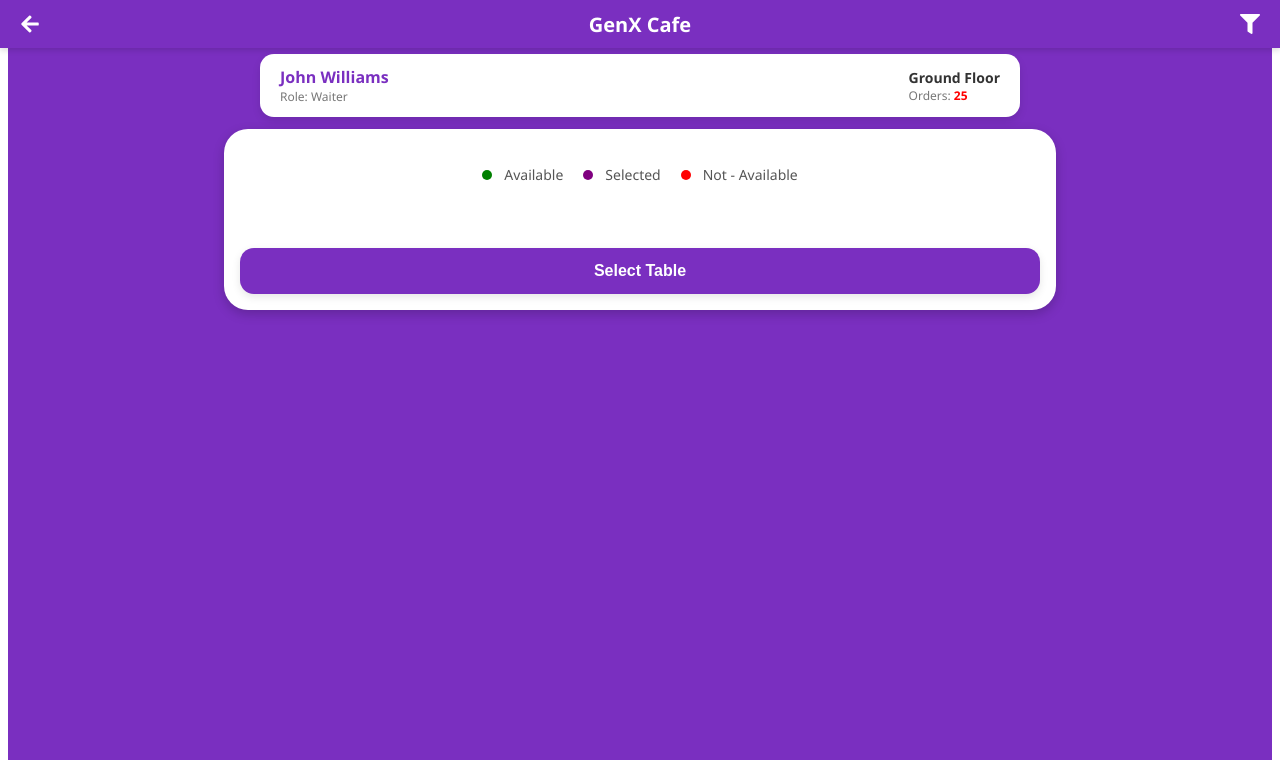
Repository: rajeshwaranslv/sturdy-spork-genx-frontend
Page: /
These files come from the project's save history. The page is drawn as it stood at one moment and after the next save; the edit follows.
The browser window is 1280 px wide. The pictures show the whole page.
The page's requests for data from a server got no answer. The project was rebuilt for these pictures with package versions that can differ from the ones it lists, and the page was loaded fresh each time. No one was signed in, and anything a server would have sent is missing. Also part of the build but not shown: src/components/menu.css, src/components/MenuSelection.js, src/components/order.css, src/components/OrderReview.js, src/components/Billing.js, src/components/Success.js.

Above is the page before, as saved 2025-07-15 14:55:21.

After the next save:
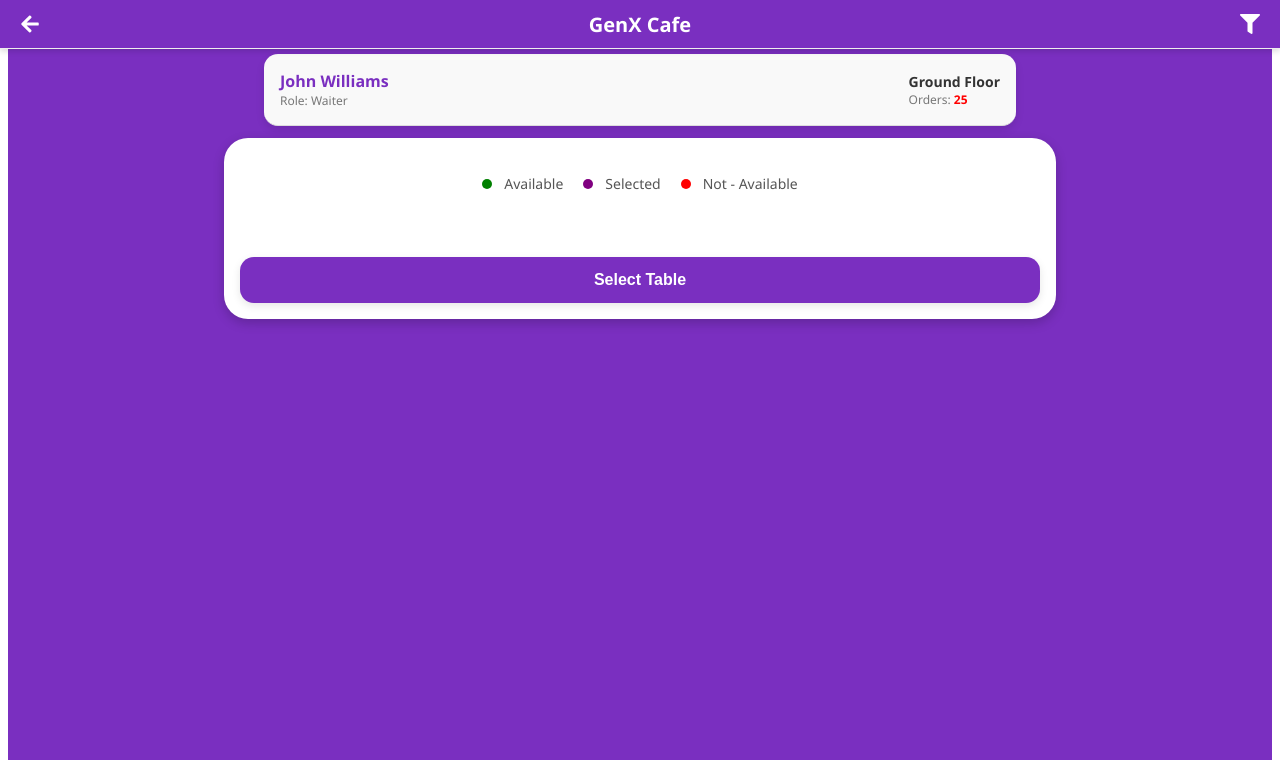
Saved 20 s later.
--- a/src/components/billing.css
+++ b/src/components/billing.css
@@ -14,3 +14,78 @@
 .qty-btn:hover {
   background-color: #6926b2;
 }
+.billing-wrapper {
+  display: flex;
+  flex-direction: column;
+  height: 100vh;
+  background: #fff;
+}
+
+.header-bar {
+  display: flex;
+  justify-content: space-between;
+  align-items: center;
+  padding: 16px;
+  font-size: 20px;
+  border-bottom: 1px solid #eee;
+  background: #fff;
+  position: sticky;
+  top: 0;
+  z-index: 10;
+}
+
+.waiter-card {
+  padding: 16px;
+  background: #f9f9f9;
+  display: flex;
+  justify-content: space-between;
+  border-bottom: 1px solid #ddd;
+}
+
+.scrollable-content {
+  flex: 1;
+  overflow-y: auto;
+  padding: 16px;
+}
+
+.order-list {
+  list-style: none;
+  padding: 0;
+  margin: 0;
+}
+
+.item-row {
+  display: flex;
+  justify-content: space-between;
+  margin-bottom: 12px;
+  border-bottom: 1px solid #ddd;
+  padding-bottom: 10px;
+}
+
+.item-info p {
+  margin: 4px 0 0;
+  color: #666;
+}
+
+.qty-btn {
+  background: #eee;
+  border: none;
+  padding: 6px 12px;
+  font-size: 18px;
+  border-radius: 8px;
+}
+
+.invoice-summary {
+  margin-top: 24px;
+  font-size: 16px;
+}
+
+.footer-btn {
+  padding: 16px;
+  background-color: #222;
+  color: #fff;
+  font-size: 18px;
+  border: none;
+  width: 100%;
+  border-top: 1px solid #ccc;
+}
